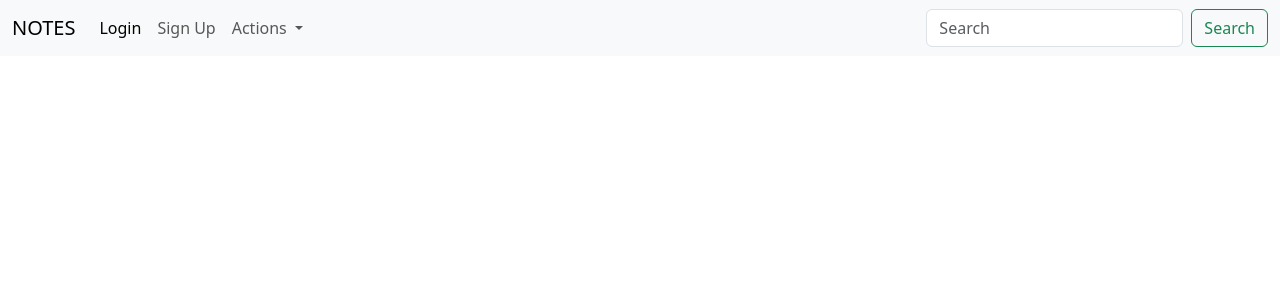
Repository: Qu4ntumGuy/flask-notes
Page: http://localhost/
An editor plug-in stored every save of this project. The page is shown before and after the next save, followed by the edit.
The browser window is 1280 px wide. The pictures show the whole page.
The page is served by the project's application, run on Flask 3 (website/__init__.py).

Above is the page before, as saved 2024-05-30 19:12:49.

After the next save:
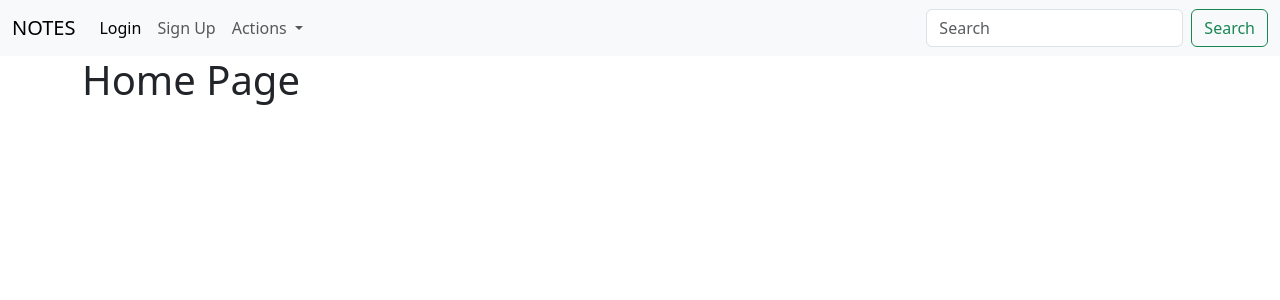
Saved 25 s later.
--- a/website/templates/home.html
+++ b/website/templates/home.html
@@ -1,5 +1,5 @@
 {%extends "index.html" %} {% block title %}  {{title}} {% endblock %}
 
 {% block content %}
-<form></form>
+<h1>Home Page</h1>
 {% endblock %}
